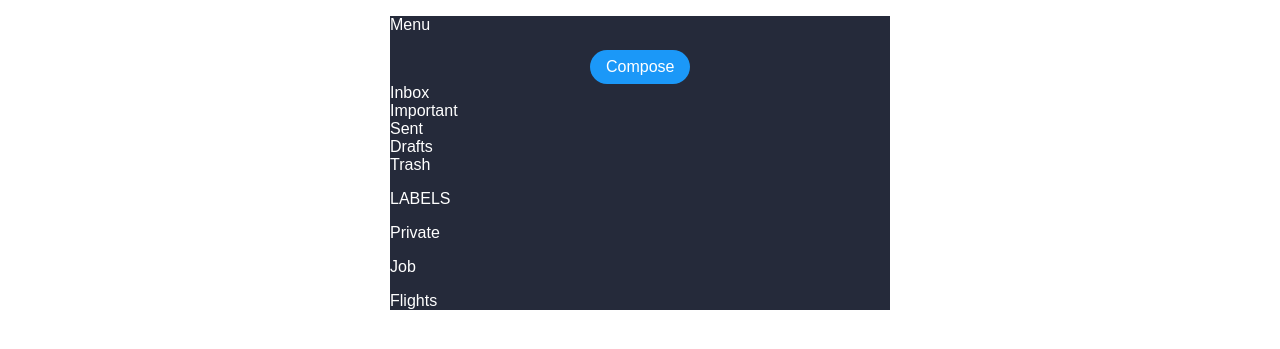
Repository: Gumiin/studia
Page: lesson4/index.html
These files come from the project's save history. The page is drawn as it stood at one moment and after the next save; the edit follows.
The browser window is 1280 px wide. The pictures show the whole page.

Above is the page before, as saved 2021-04-07 18:07:36.

After the next save:
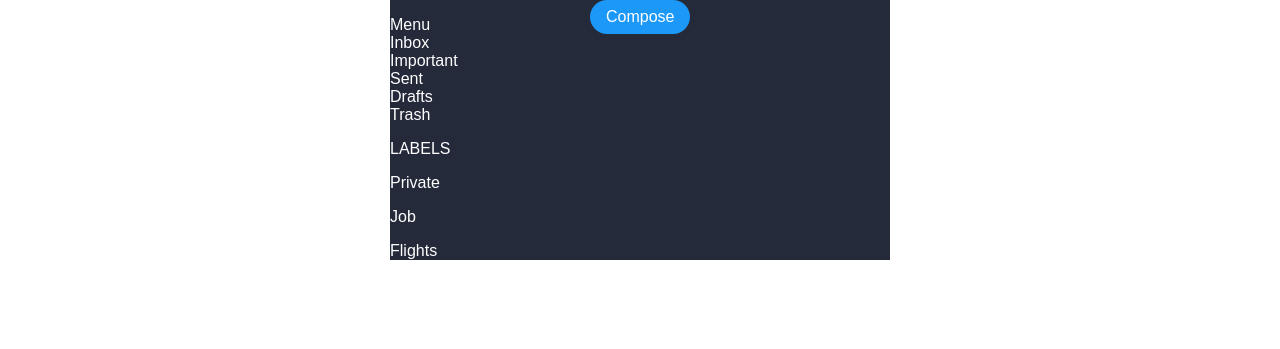
Saved 27 s later.
--- a/lesson4/style.css
+++ b/lesson4/style.css
@@ -15,6 +15,9 @@ body{
     text-decoration: none;
     color: white;
 }
+#menu{
+    position:fixed;
+}
 #compose{
     background-color: #1B98F8;
     border: none;
